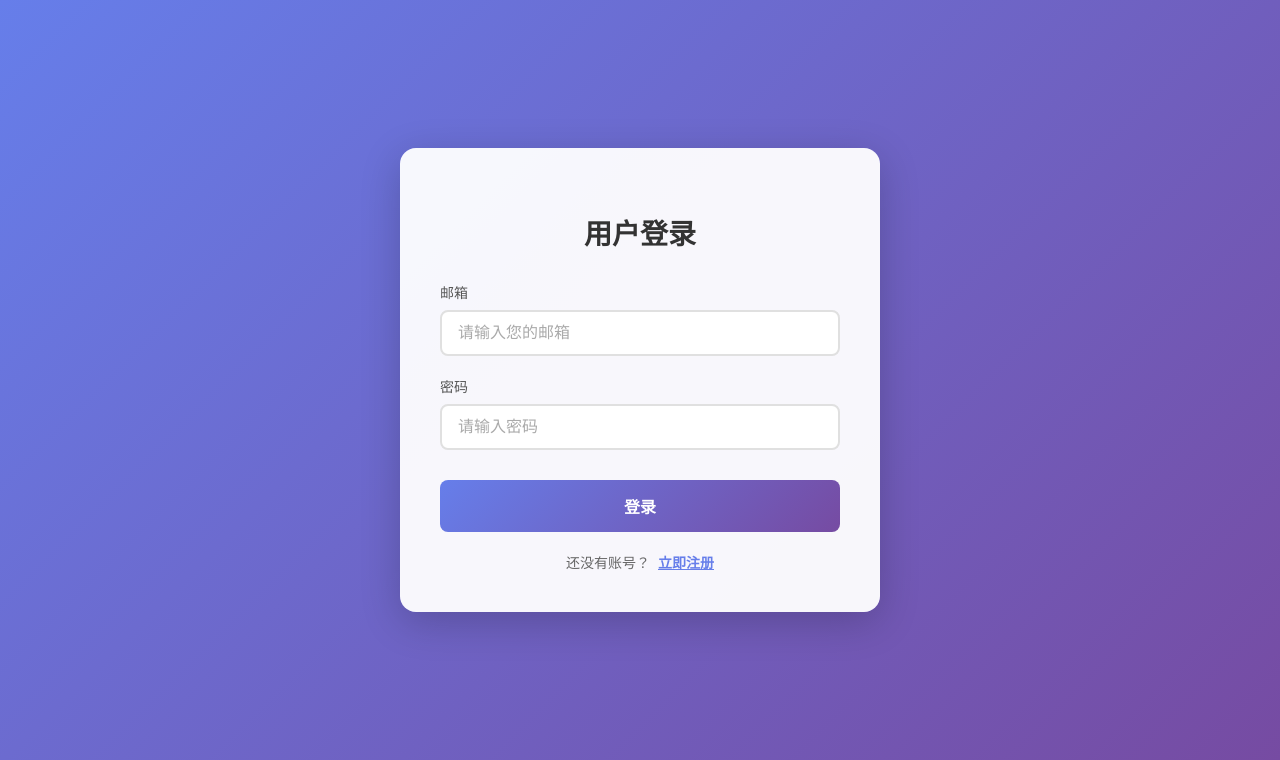
Repository: YWXstrong/improved-enigma
Page: / (app in frontend/)
The author's editor kept a copy of each file at every save. The page is drawn from the files as they stood at one save, then again after a run of saves.
The browser window is 1280 px wide. The pictures show the whole page.
The page's requests for data from a server got no answer. The project was rebuilt for these pictures with package versions that can differ from the ones it lists, and the page was loaded fresh each time. No one was signed in, and anything a server would have sent is missing. Also part of the build but not shown: frontend/src/App.css.

Above is the page before, as saved 2025-12-06 15:00:31.

After the next 3 saves:
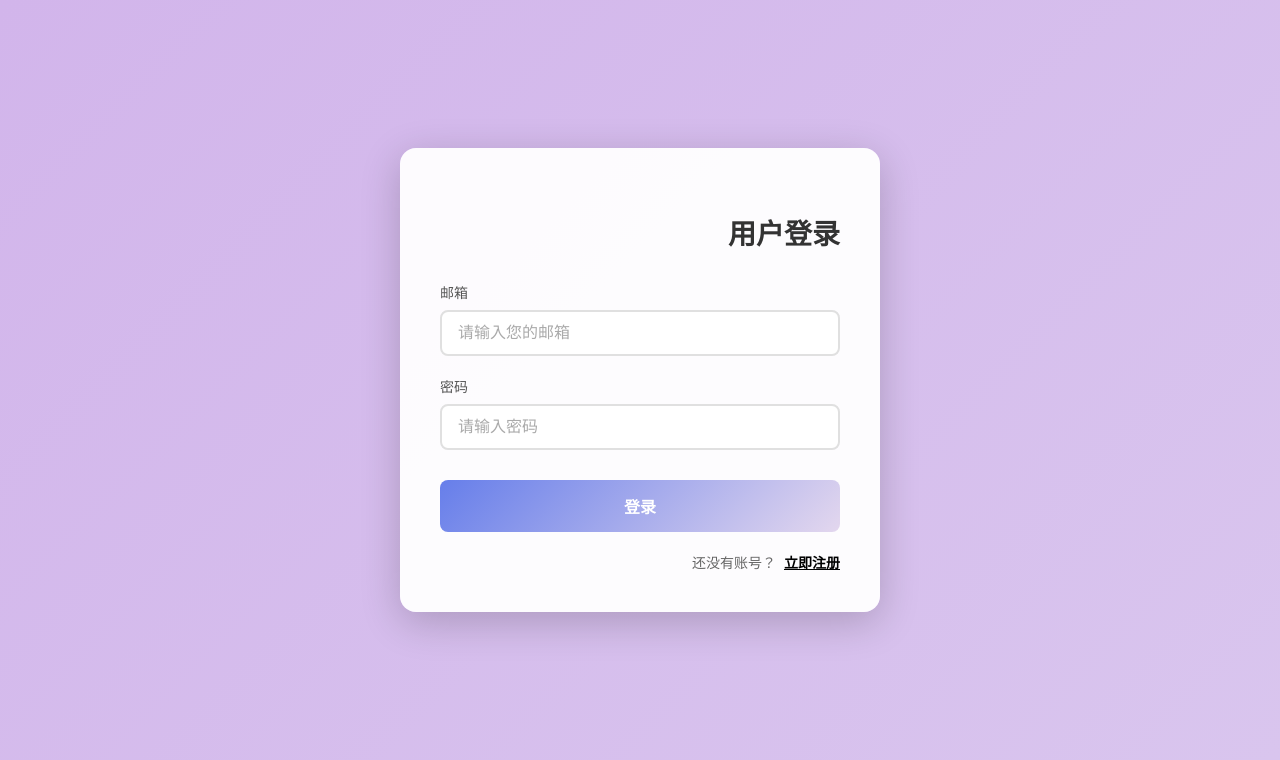
The 3 saves are shown as one change because they came seconds apart.
The last was saved 5 s later.
--- a/frontend/src/Auth.css
+++ b/frontend/src/Auth.css
@@ -5,7 +5,7 @@
   align-items: center;
   justify-content: center;
   padding: 20px;
-  background: linear-gradient(135deg, #667eea 0%, #764ba2 100%);
+  background: linear-gradient(135deg, #d2b5eb 0%, #d9c5ee 100%);
 }
 
 /* 认证表单盒子 */
@@ -20,7 +20,7 @@
 
 /* 标题样式 */
 .auth-box h2 {
-  text-align: center;
+  text-align: right;
   color: #333;
   margin-bottom: 30px;
   font-size: 28px;
@@ -74,14 +74,14 @@
   padding: 12px;
   border-radius: 8px;
   font-size: 14px;
-  text-align: center;
+  text-align: right;
   border: 1px solid #fcc;
 }
 
 /* 提交按钮样式 */
 .submit-btn {
   padding: 14px;
-  background: linear-gradient(135deg, #667eea 0%, #764ba2 100%);
+  background: linear-gradient(135deg, #667eea 0%, #e3d7ee 100%);
   color: white;
   border: none;
   border-radius: 8px;
@@ -104,7 +104,7 @@
 
 /* 切换模式区域 */
 .toggle-mode {
-  text-align: center;
+  text-align: right;
   margin-top: 20px;
   color: #666;
   font-size: 14px;
@@ -114,7 +114,7 @@
 .toggle-btn {
   background: none;
   border: none;
-  color: #667eea;
+  color: #000000;
   cursor: pointer;
   font-size: 14px;
   font-weight: 600;
@@ -124,7 +124,7 @@
 }
 
 .toggle-btn:hover {
-  color: #764ba2;
+  color: #d0c3dd;
 }
 
 /* 响应式设计 */
